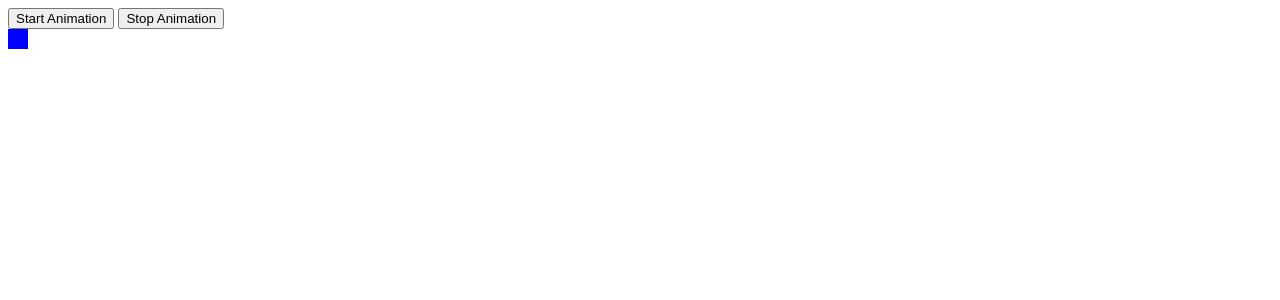
Repository: poornimakole/PRJS
Page: JS/JQuery/WebContent/Dequeue.html
These files come from the project's save history. The page is drawn as it stood at one moment and after the next save; the edit follows.
The browser window is 1280 px wide. The pictures show the whole page.
Some web libraries are served in a nearby version.

Above is the page before, as saved 2017-11-14 09:03:10.

### JS/JQuery/WebContent/Dequeue.html
<!DOCTYPE html>
<html>
<head>
<meta charset="ISO-8859-1">
<title>Insert title here</title>
<style>
	div
	{
	  width:20px;
	  height:20px;
	  background-color:blue;
	}
</style>

  <script src="https://ajax.googleapis.com/ajax/libs/jquery/3.1.0/jquery.min.js"></script>
  <script>
   $(function(){
	   $("#start").click(function(){
		   $("div").animate({left:"+=200px"},2000)
		           .queue(function(){
		        	   $(this).toggleClass("red").dequeue();
		           })
		           .queue(function(){
		        	   $(this).addClass("customBorder").dequeue();
		           })
	       });

	      $("#stop").click(function(){
	    	  var myDiv=$("div");
	    	  myDiv.clearQueue();
	    	  myDiv.stop();
	      })
   })
  </script>
</head>
<body>
  <button id="start">Start Animation</button>
  <button id="stop">Stop Animation</button>
  <div></div>
</body>
</html>

After the next save:
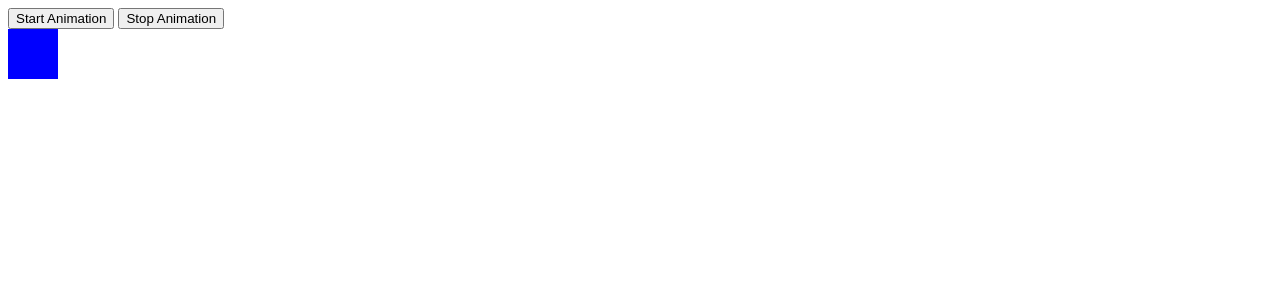
Saved 15 s later.
--- a/JS/JQuery/WebContent/Dequeue.html
+++ b/JS/JQuery/WebContent/Dequeue.html
@@ -6,8 +6,8 @@
 <style>
 	div
 	{
-	  width:20px;
-	  height:20px;
+	  width:50px;
+	  height:50px;
 	  background-color:blue;
 	}
 </style>
